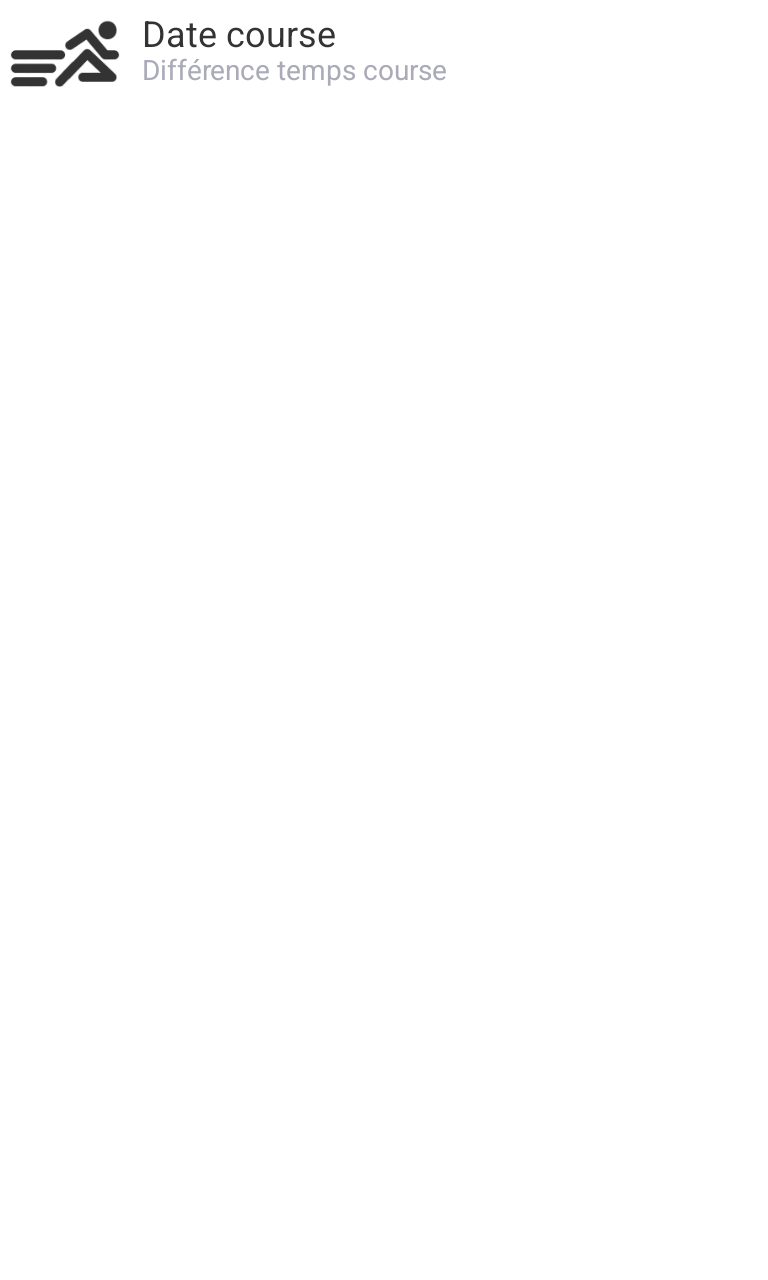
Repository: dekeym/Projet-IHM
Layout: WorkSpace/ChallengeMe/res/layout/rowlayoutdefis.xml
These files come from the project's save history. The layout is drawn as it stood at one moment and after the next save; the edit follows.
It is drawn on a 768 x 1280 px phone screen (xhdpi) without system bars, with theme android:Theme.Holo.Light.DarkActionBar; the app's code is not run.

Above is the layout before, as saved 2014-12-18 08:48:22.

After the next save:
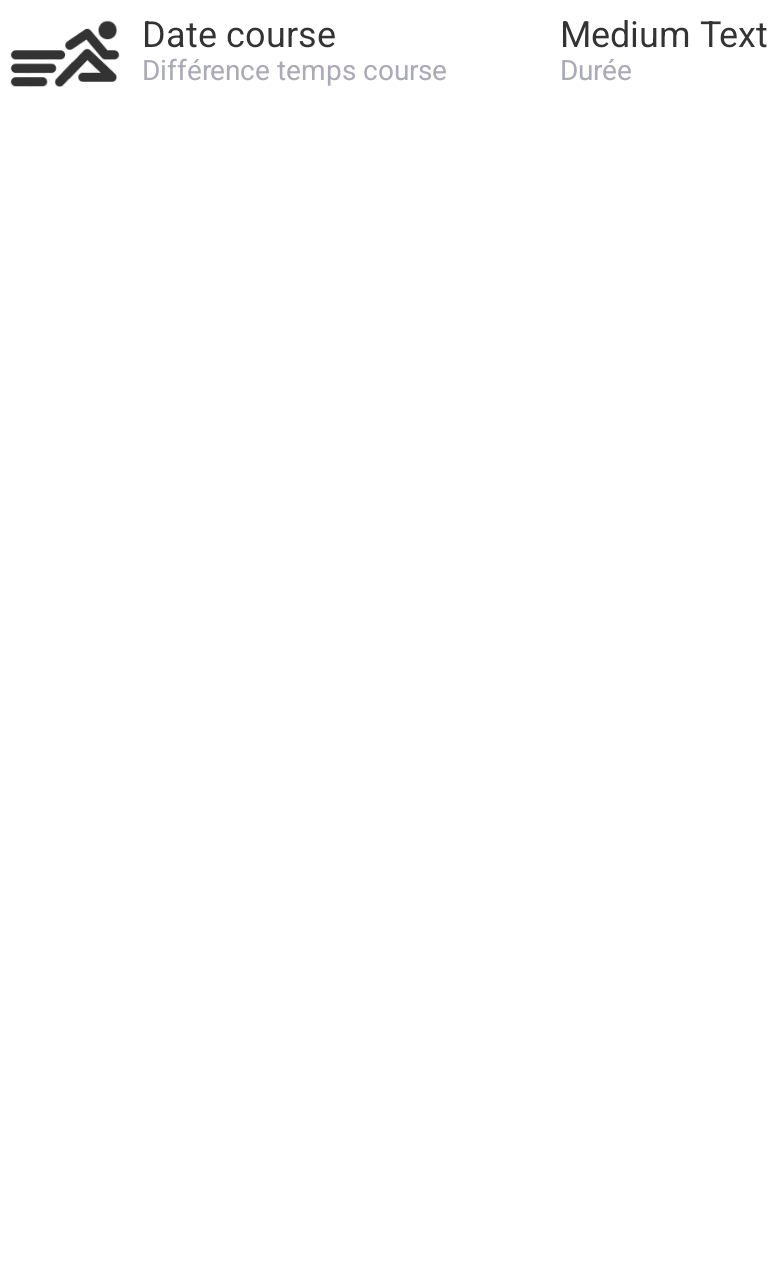
Saved 37 s later.
--- a/WorkSpace/ChallengeMe/res/layout/rowlayoutdefis.xml
+++ b/WorkSpace/ChallengeMe/res/layout/rowlayoutdefis.xml
@@ -40,7 +40,7 @@
         android:id="@+id/rowLDtimevar"
         android:layout_width="wrap_content"
         android:layout_height="wrap_content"
-        android:layout_x="388dp"
+        android:layout_x="280dp"
         android:layout_y="4dp"
         android:text="Medium Text"
         android:textColor="#333333"
@@ -50,7 +50,7 @@
         android:id="@+id/rowLDtime"
         android:layout_width="wrap_content"
         android:layout_height="wrap_content"
-        android:layout_x="389dp"
+        android:layout_x="280dp"
         android:layout_y="25dp"
         android:textColor="#AAAAB8"
         android:text="Durée"
